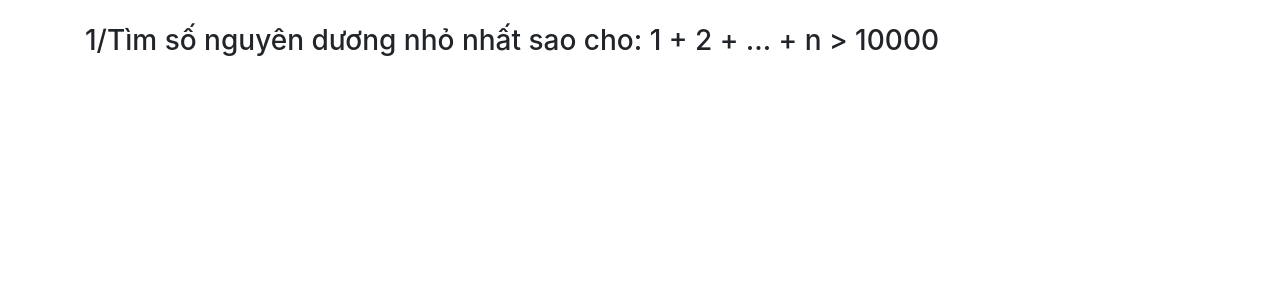
Repository: baobaodeveloper/bootcamp21__loop__HuynhAnhBao
Page: index.html
These files come from the project's save history. The page is drawn as it stood at one moment and after the next save; the edit follows.
The browser window is 1280 px wide. The pictures show the whole page.

Above is the page before, as saved 2022-03-16 22:54:56.

After the next save:
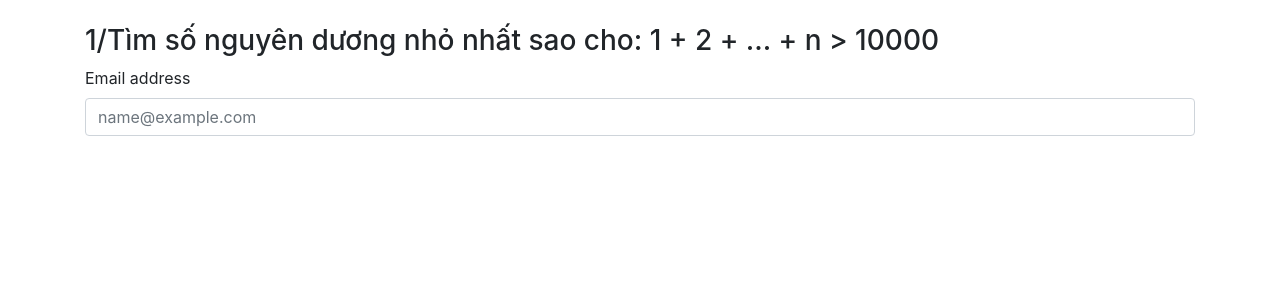
Saved 36 s later.
--- a/index.html
+++ b/index.html
@@ -22,6 +22,17 @@
     1 + 2 + … + n > 10000-->
     <div class="container mt-4">
       <h3>1/Tìm số nguyên dương nhỏ nhất sao cho: 1 + 2 + … + n > 10000</h3>
+      <div class="mb-3">
+        <label for="exampleFormControlInput1" class="form-label"
+          >Email address</label
+        >
+        <input
+          type="email"
+          class="form-control"
+          id="exampleFormControlInput1"
+          placeholder="name@example.com"
+        />
+      </div>
     </div>
 
     <!-- Optional JavaScript -->
